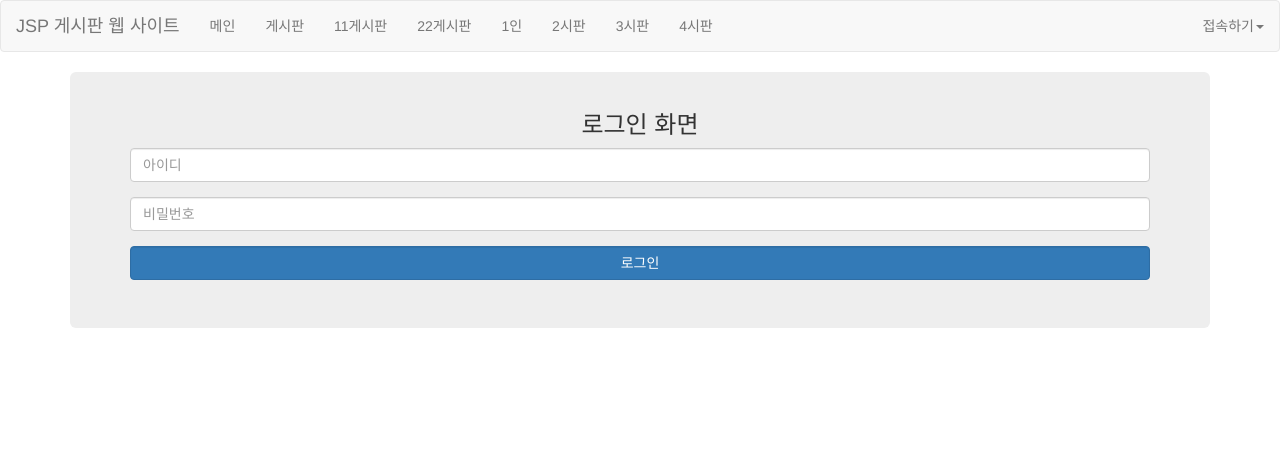
Repository: seung-kook/JSPBBS
Page: http://localhost/BBS/login.jsp
An editor plug-in stored every save of this project. The page is shown before and after the next save, followed by the edit.
The browser window is 1280 px wide. The pictures show the whole page.
Some web libraries are served in a nearby version. The page is served by Tomcat 9. Other server files are loaded and not shown.

Above is the page before, as saved 2022-02-01 03:46:21.

### BBS/src/main/webapp/login.jsp
<%@ page language="java" contentType="text/html; charset=UTF-8"
    pageEncoding="UTF-8"%>
<!DOCTYPE html>
<html>
<head>
<meta charset="UTF-8">
<meta name="viewport" content="width=device-width, initial-scale=1">
<link rel="stylesheet" href="css/bootstrap.css">
<title>JSP 게시판 웹 사이트</title>
</head>
<body>
	<nav class="navbar navbar-default">
		<div class="navbar-header">
			<button type="button" class="navbar-toggle collapsed"
				data-toggle="collapse" data-target="#bs-example-navbar-collapse-1"
				aria-expanded="false">
				<span class="icon-bar"></span>
				<span class="icon-bar"></span>
				<span class="icon-bar"></span>
			</button>
			<a class="navbar-brand" href="main.jsp">JSP 게시판 웹 사이트</a>
		</div>
		<div class="collapse navbar-collapse" id="bs-example-navbar-collapse-1">
			<ul class="nav navbar-nav">
				<li><a href="main.jsp">메인</a></li>
				<li><a href="bbs.jsp">게시판</a></li>
				<li><a href="bbs.jsp">11게시판</a></li>
				<li><a href="bbs.jsp">22게시판</a></li>
			</ul>
			<ul class="nav navbar-nav">
				<li><a href="main.jsp">1인</a></li>
				<li><a href="bbs.jsp">2시판</a></li>
				<li><a href="bbs.jsp">3시판</a></li>
				<li><a href="bbs.jsp">4시판</a></li>
			</ul>
			<ul class="nav navbar-nav navbar-right">
				<li class="dropdown">
					<a href="#" class="dropdown-toggle"
						data-toggle="dropdown" role="button" aria-haspopup="true"
						aria-expanded="false">접속하기<span class="caret"></span></a>
					<ul class="dropdown-menu">
						<li class="active"><a href="login.jsp">로그인</a></li>
						<li><a href="join.jsp">회원가입</a></li>
					</ul>
				</li>
			</ul>
		</div>
	</nav>
	<div class="container">
		<div class="col-lg-4"></div>
		<div class="col-lg-4"></div>
			<div class="jumbotron" style="padding-top: 20px">
				<form method="post" action="loginAction.jsp">
					<h3 style="text-align: center;">로그인 화면</h3>
					<div class="form-group">
						<input type="text" class="form-control" placeholder="아이디" name="userID" maxlength="20">
					</div>
					<div class="form-group">
						<input type="password" class="form-control" placeholder="비밀번호" name="userPassword" maxlength="20">
					</div>
					<input type="submit" class="btn btn-primary form-control" value="로그인">
				</form>
			</div>
		<div class="col-lg-4"></div>
	</div>
	<script src="https://code.jquery.com/jquery-3.1.1.min.js"></script>
	<script src="js/bootstrap.js"></script>
</body>
</html>

Loaded but not shown: BBS/src/main/webapp/css/bootstrap.css (library); BBS/src/main/webapp/js/bootstrap.js (library)

After the next save:
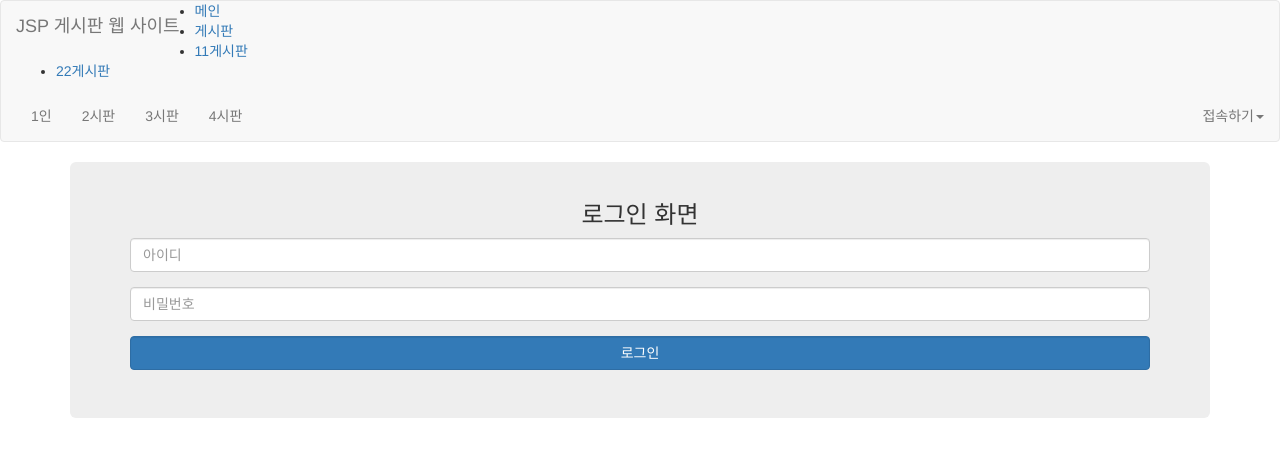
Saved 51 s later.
--- a/BBS/src/main/webapp/login.jsp
+++ b/BBS/src/main/webapp/login.jsp
@@ -21,7 +21,7 @@
 			<a class="navbar-brand" href="main.jsp">JSP 게시판 웹 사이트</a>
 		</div>
 		<div class="collapse navbar-collapse" id="bs-example-navbar-collapse-1">
-			<ul class="nav navbar-nav">
+			<ul>
 				<li><a href="main.jsp">메인</a></li>
 				<li><a href="bbs.jsp">게시판</a></li>
 				<li><a href="bbs.jsp">11게시판</a></li>
